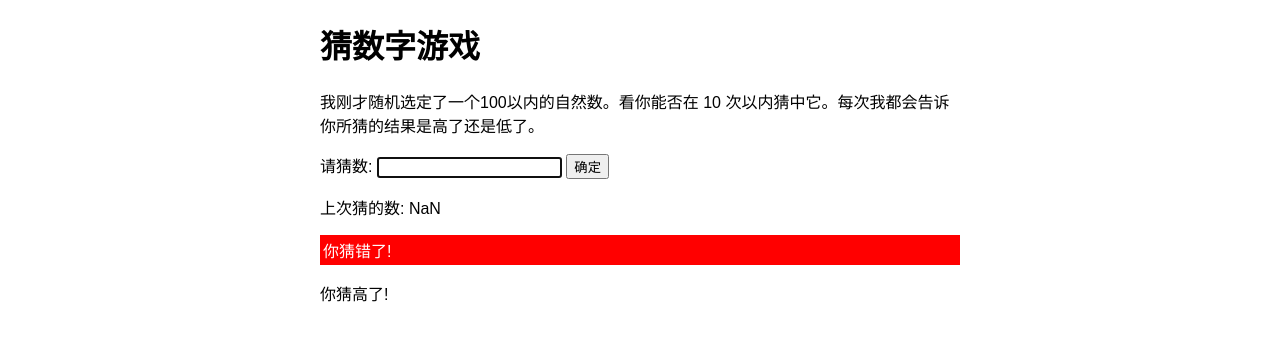
Repository: Valhally/web-projects
Page: sample-site/index.html
An editor plug-in stored every save of this project. The page is shown before and after the next save, followed by the edit.
The browser window is 1280 px wide. The pictures show the whole page.
Empty fields were first filled with sample values (such as "Sample", 5 or name@example.com).
After loading, the first visible `input.guessSubmit` was clicked once.

Above is the page before, as saved 2021-08-21 20:21:36.

After the next save:
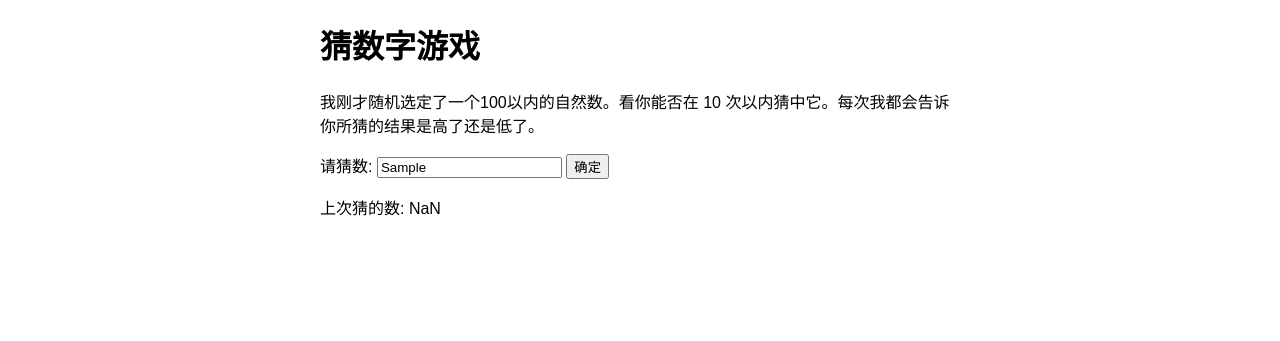
Console error: ReferenceError: awdlastResult is not defined
Saved 28 min 38 s later.
--- a/sample-site/resources/main.js
+++ b/sample-site/resources/main.js
@@ -27,7 +27,7 @@
         setGameOver();
     } else {
         lastResult.textContent = '你猜错了!';
-        lastResult.style.backgroundColor = 'red';
+        awdlastResult.style.backgroundColor = 'red';
         if(userGuess < randomNumber)
             lowOrHigh.textContent = '你猜低了!';
         else
